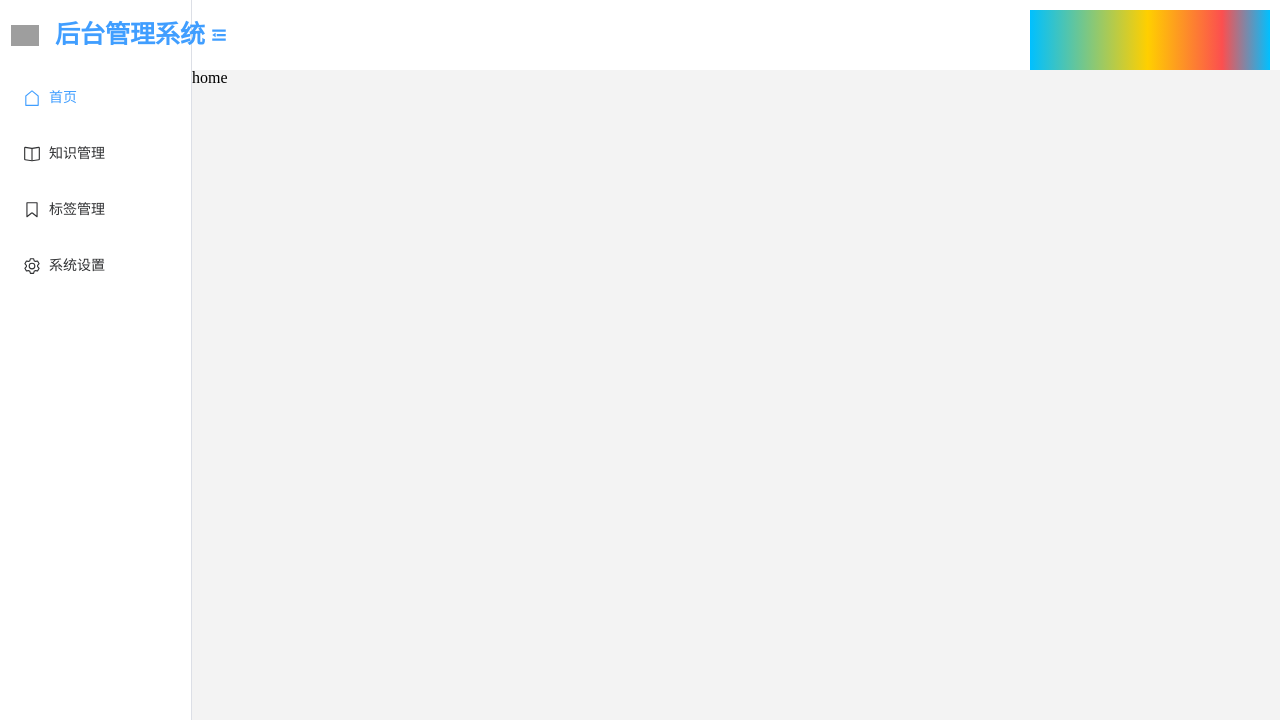
Repository: serrrN/admin
Page: /
These files come from the project's save history. The page is drawn as it stood at one moment and after the next save; the edit follows.
The browser window is 1280 px wide. The pictures show the whole page.
Pictures or frames that could not be fetched are drawn as grey boxes. The project was rebuilt for these pictures with package versions that can differ from the ones it lists, and the page was loaded fresh each time. Also part of the build but not shown: vite.config.ts, src/styles/index.scss.

Above is the page before, as saved 2024-06-05 17:19:19.

After the next save:
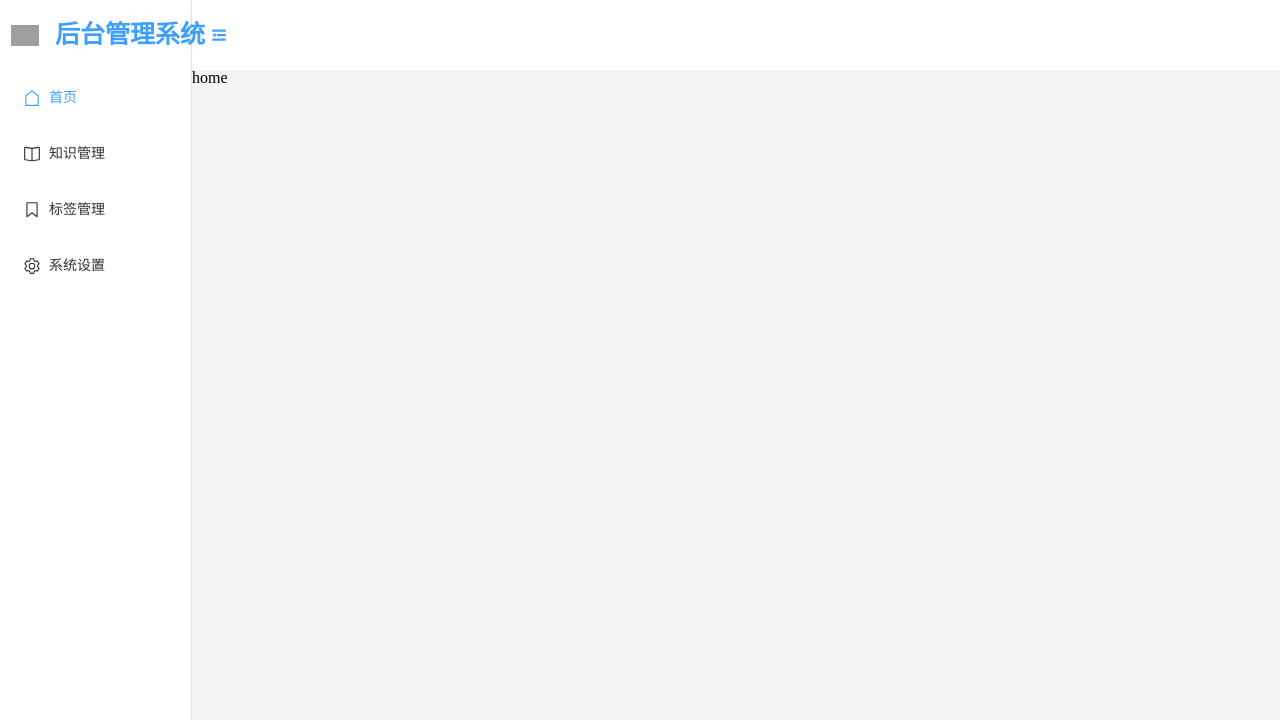
Saved 21 s later.
--- a/src/layout/header/menu/index.vue
+++ b/src/layout/header/menu/index.vue
@@ -23,7 +23,7 @@
   margin-right: 10px;
   margin-top: 10px;
   z-index: 1; /* 确保在伪元素之上 */
-
+  opacity: 0; /* 默认隐藏 */
   /* 伪元素用来生成背景效果 */
   &::before {
     content: '';
@@ -34,11 +34,11 @@
     height: 100%;
     background-color: black;
     z-index: -1; /* 低于 .header-menu 的 z-index */
-    opacity: 0; /* 默认隐藏 */
+
     transition: opacity 0.3s linear; /* 过渡效果 */
   }
 
-  &:hover::before {
+  &:hover {
     opacity: 1; /* 悬停时显示 */
   }
 }
